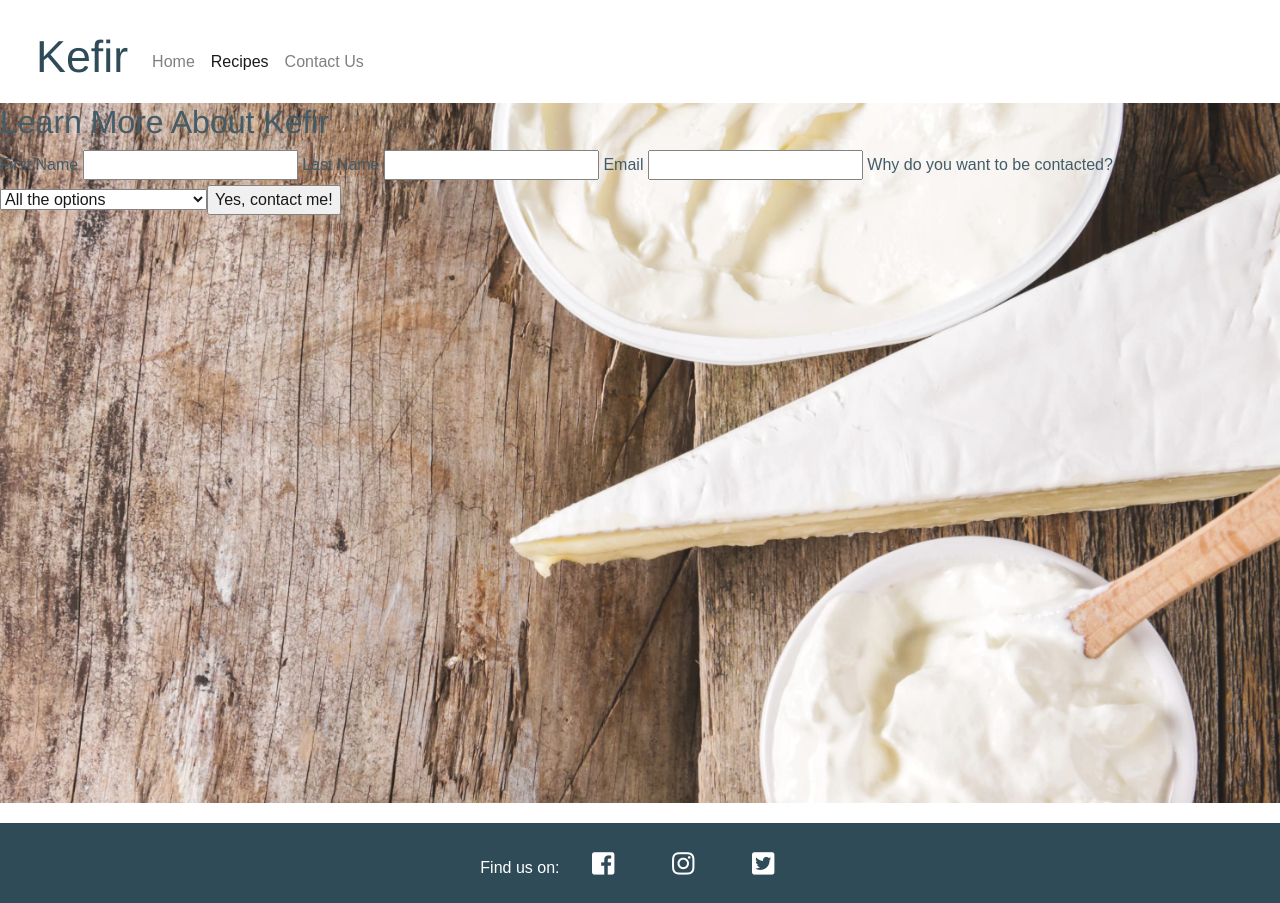
Repository: Code-Institute-Submissions/andna5980-kefir-repo_JuneResub
Page: contact.html
An editor plug-in stored every save of this project. The page is shown before and after the next save, followed by the edit.
The browser window is 1280 px wide. The pictures show the whole page.
Some web fonts or font styles are not loaded; a fallback is used. Some web libraries are served in a nearby version.

Above is the page before, as saved 2021-03-02 22:48:13.

After the next save:
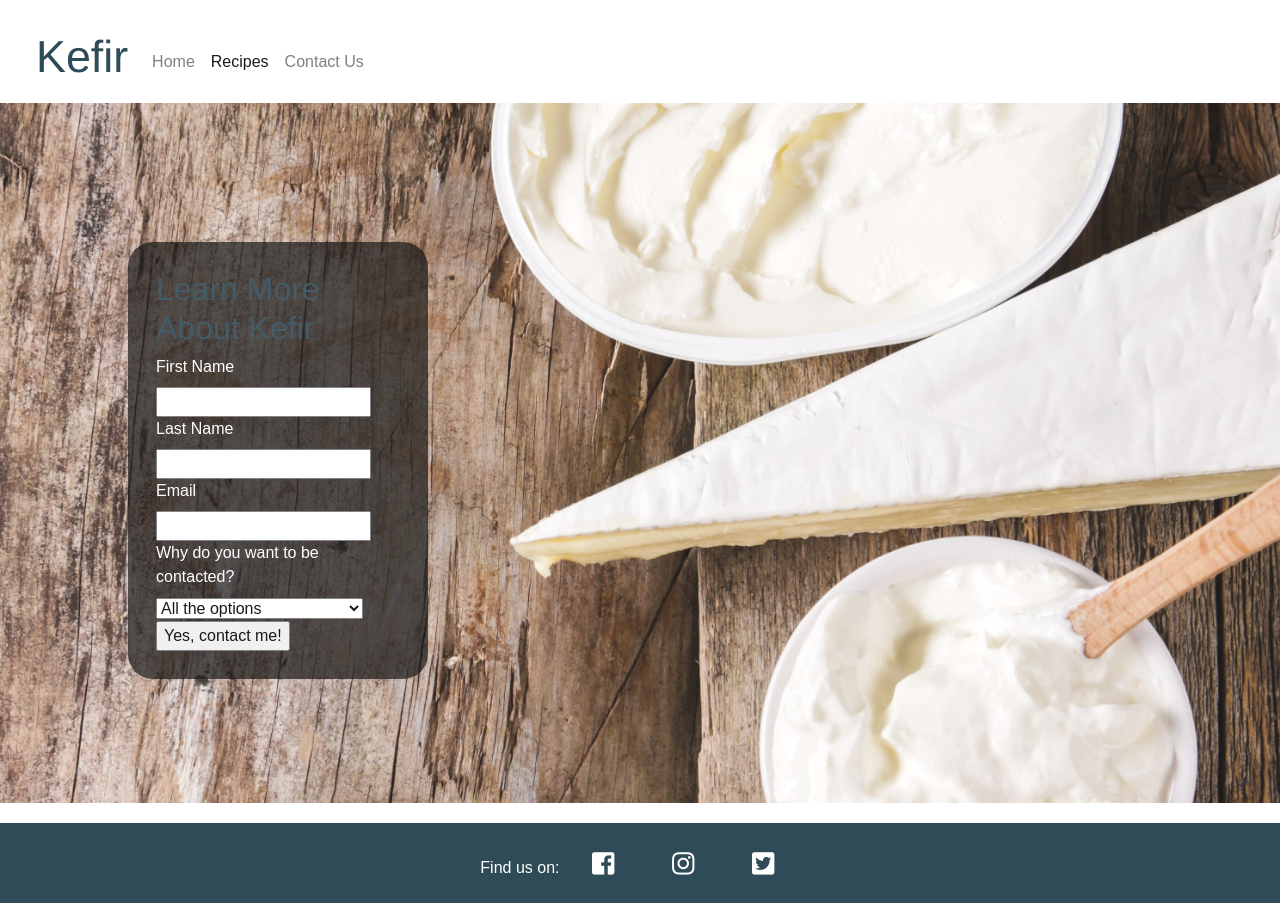
Saved 40 s later.
--- a/assets/styles/style.css
+++ b/assets/styles/style.css
@@ -206,7 +206,17 @@ h1, h2, h3 {
     height: 700px;
 }
 
-
+.contact-form {
+    margin-top: 139px;
+    color: white;
+    background-color: rgba(0, 0, 0, 0.7);
+    max-width: 300px;
+    position: absolute;
+    left: 10%;
+    padding: 28px;
+    border-radius: 25px;
+
+}
 
 
 /*-----------------------Footer----------*/
